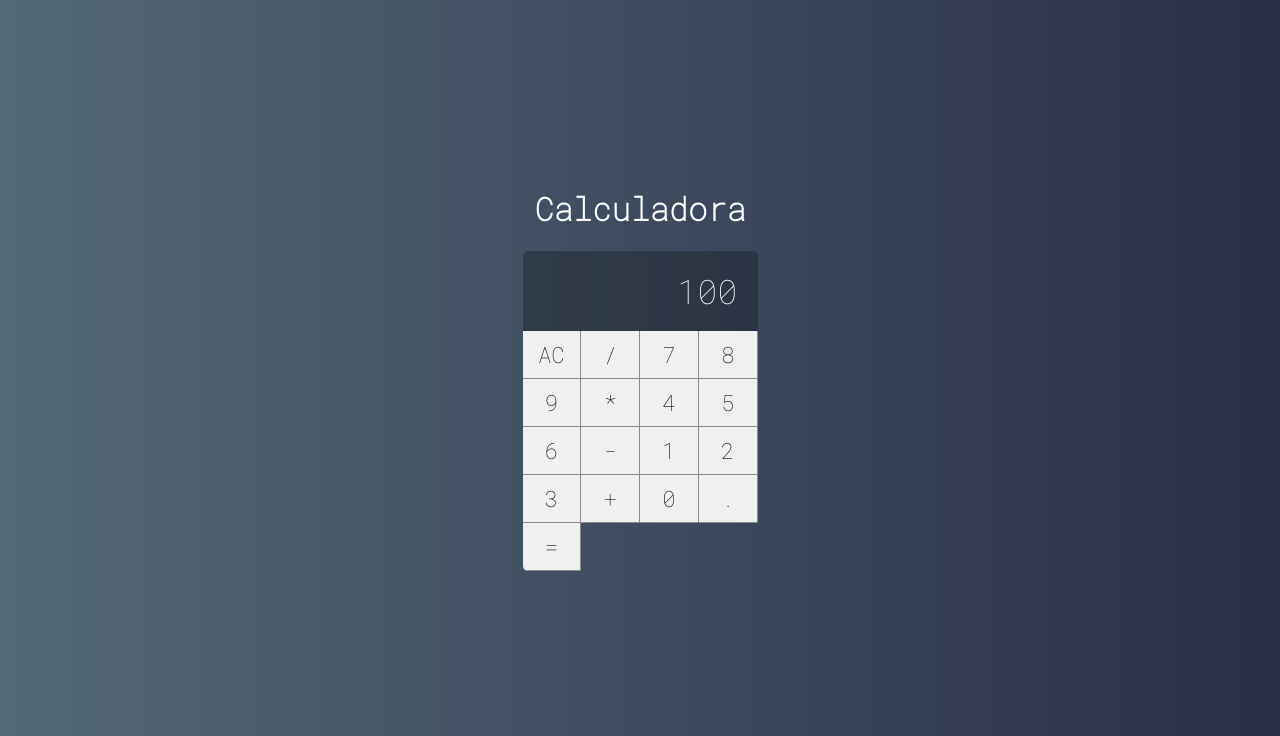
Repository: jean-siqueira/react-calculadora
Page: /
An editor plug-in stored every save of this project. The page is shown before and after the next save, followed by the edit.
The browser window is 1280 px wide. The pictures show the whole page.
The project was rebuilt for these pictures with package versions that can differ from the ones it lists, and the page was loaded fresh each time.

Above is the page before, as saved 2023-03-25 12:58:48.

After the next save:
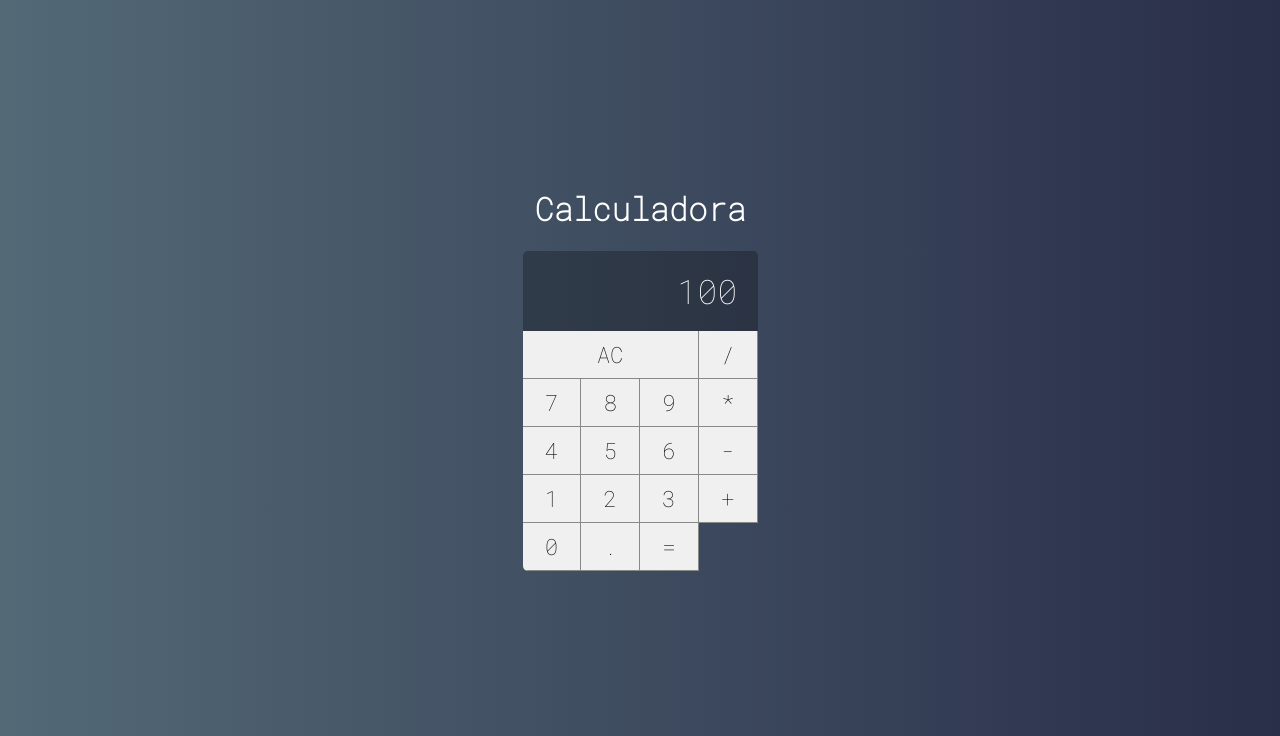
Saved 72 s later.
--- a/src/main/Calculator.jsx
+++ b/src/main/Calculator.jsx
@@ -29,7 +29,7 @@ export default class Calculator extends Component {
     return (
       <div className="calculator">
         <Display value={100} />
-        <Button label="AC" click={this.clearMemory} />
+        <Button label="AC" click={this.clearMemory} triple/>
         <Button label="/" click={this.setOperation} />
         <Button label="7" click={this.addDigit} />
         <Button label="8" click={this.addDigit} />
@@ -43,7 +43,7 @@ export default class Calculator extends Component {
         <Button label="2" click={this.addDigit} />
         <Button label="3" click={this.addDigit} />
         <Button label="+" click={this.setOperation} />
-        <Button label="0" click={this.addDigit} />
+        <Button label="0" click={this.addDigit} double/>
         <Button label="." click={this.addDigit} />
         <Button label="=" click={this.setOperation} />
 
